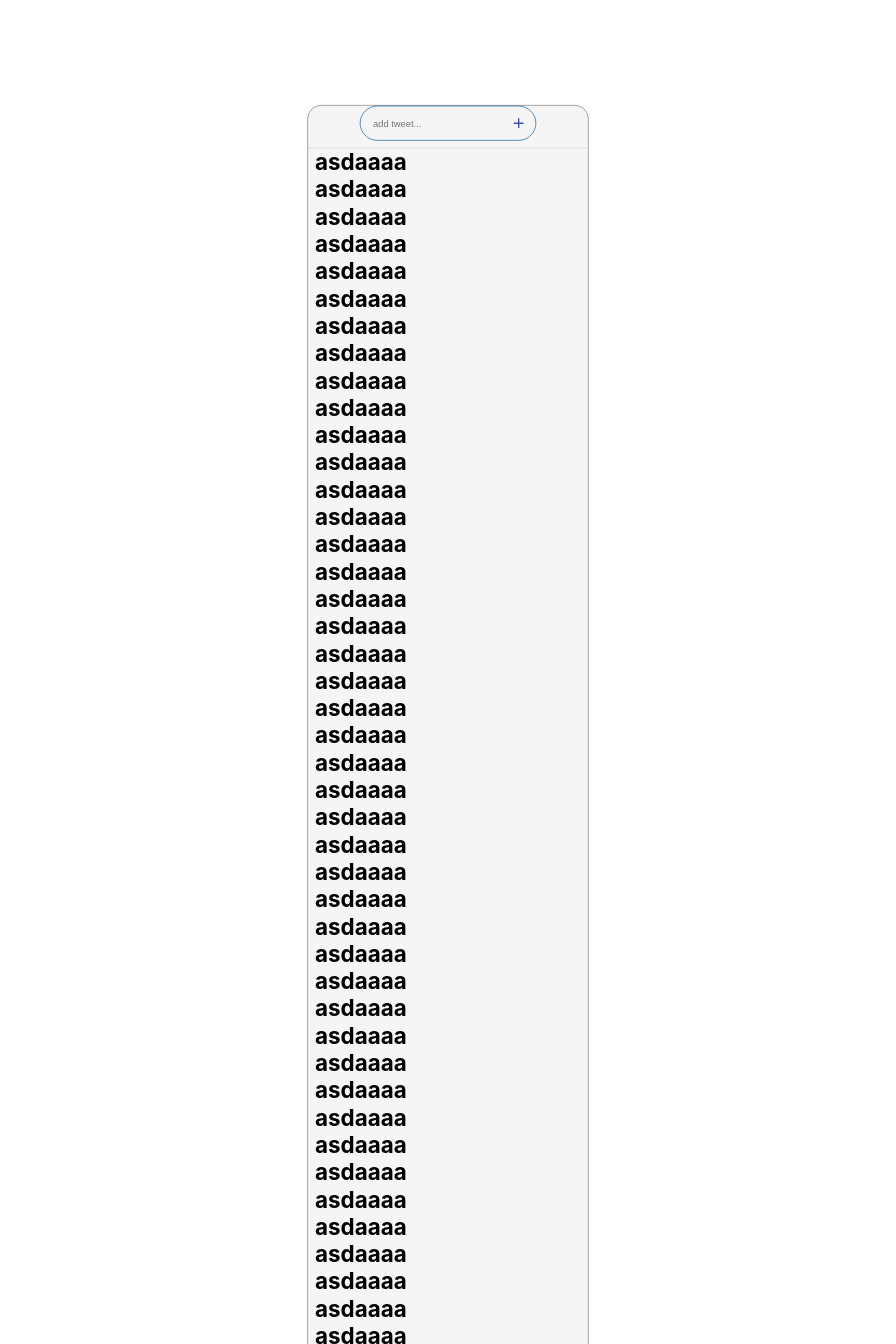
Repository: ehabmelhem/FullStack_Tweetapp
Page: /tweet (app in tweet-app-demo/)
An editor plug-in stored every save of this project. The page is shown before and after the next save, followed by the edit.
The browser window is 1280 px wide. The pictures show the part of the page from y = 0 to 1920 px (the page is 31213 px tall before and 720 px after), at 70% of full size.
The project was rebuilt for these pictures with package versions that can differ from the ones it lists, and the page was loaded fresh each time. A package was used in the major version that the imports need, not the one package.json lists. Also part of the build but not shown: tweet-app-demo/src/Componets/Gotweet.js, tweet-app-demo/src/Componets/Login.css, tweet-app-demo/src/Componets/Login.js, tweet-app-demo/src/Componets/SignUp.css, tweet-app-demo/src/Componets/SignUp.js.

Above is the page before, as saved 2021-01-28 20:06:20.

### tweet-app-demo/src/App.js
import "./App.css";
import { useEffect, useState } from "react";
import { BrowserRouter as Router, Switch, Route, Link } from "react-router-dom";
import Login from "./Componets/Login";
import SignUp from "./Componets/SignUp";
import Tweet from "./Componets/Tweet";

function App() {
  return (
    <Router>
      <div className="app">
        <Switch>
          <Route path="/tweet">
            <Tweet />
          </Route>
          <Route path="/login">
            <Login />
          </Route>
          <Route path="/signup">
            <SignUp />
          </Route>
          <Route path="/">
            <Link to="/login">
              <button>Login</button>
            </Link>
            <Link to="/signup">
              <button>SignUp</button>
            </Link>
          </Route>
        </Switch>
      </div>
    </Router>
  );
}

export default App;

### tweet-app-demo/src/App.css
.app {
  position: relative;
  top: 150px;
  width: fit-content;
  margin: 0 auto;
}

### tweet-app-demo/src/Componets/Tweet.js
import React from "react";
import "./Tweet.css";
import IconButton from "@material-ui/core/IconButton";
import AddIcon from "@material-ui/icons/Add";
function Tweet() {
  return (
    <div className="tweet">
      <form className="tweet__form">
        <input placeholder="add tweet..." type="text" name="" id="" />
        <IconButton color="primary">
          <AddIcon />
        </IconButton>
      </form>
      <div className="container">
        <h1>asdaaaa</h1>
        <h1>asdaaaa</h1>
        <h1>asdaaaa</h1>
        <h1>asdaaaa</h1>
        <h1>asdaaaa</h1>
        <h1>asdaaaa</h1>
        <h1>asdaaaa</h1>
        <h1>asdaaaa</h1>
        <h1>asdaaaa</h1>
        <h1>asdaaaa</h1>
        <h1>asdaaaa</h1>
        <h1>asdaaaa</h1>
        <h1>asdaaaa</h1>
        <h1>asdaaaa</h1>
        <h1>asdaaaa</h1>
        <h1>asdaaaa</h1>
        <h1>asdaaaa</h1>
        <h1>asdaaaa</h1>
        <h1>asdaaaa</h1>
        <h1>asdaaaa</h1>
        <h1>asdaaaa</h1>
        <h1>asdaaaa</h1>
        <h1>asdaaaa</h1>
        <h1>asdaaaa</h1>
        <h1>asdaaaa</h1>
        <h1>asdaaaa</h1>
        <h1>asdaaaa</h1>
        <h1>asdaaaa</h1>
        <h1>asdaaaa</h1>
        <h1>asdaaaa</h1>
        <h1>asdaaaa</h1>
        <h1>asdaaaa</h1>
        <h1>asdaaaa</h1>
        <h1>asdaaaa</h1>
        <h1>asdaaaa</h1>
        <h1>asdaaaa</h1>
        <h1>asdaaaa</h1>
        <h1>asdaaaa</h1>
        <h1>asdaaaa</h1>
        <h1>asdaaaa</h1>
        <h1>asdaaaa</h1>
        <h1>asdaaaa</h1>
        <h1>asdaaaa</h1>
        <h1>asdaaaa</h1>
        <h1>asdaaaa</h1>
      </div>
    </div>
  );
}

export default Tweet;

### tweet-app-demo/src/Componets/Tweet.css
.tweet__form {
  margin: 0 auto;
  width: fit-content;
  display: flex;
  align-items: center;
  border: 1px solid rgb(23, 99, 161);
  border-radius: 999px;
}
.tweet__form > input {
  margin-left: 11px;
  padding: 7px;
  outline: none;
  border: none;
  background-color: whitesmoke;
}
.tweet {
  background-color: whitesmoke;
  width: 400px;
  border-radius: 20px;
  border: 1px solid gray;
  z-index: 999;
}
/* Hide scrollbar for Chrome, Safari and Opera */

.container::-webkit-scrollbar-track {
  box-shadow: inset 0 0 6px rgba(13, 132, 230, 0.76);
  border-radius: 999px;
}
.container::-webkit-scrollbar {
  width: 10px;
}
.container::-webkit-scrollbar-thumb {
  background-color: rgb(37, 156, 235);
  border-radius: 999px;
}
.container::-webkit-scrollbar-thumb:hover {
  background-color: black;
}
.container {
  border-top: 1px solid lightgray;
  margin: 0 auto;
  margin-top: 10px;
  overflow: scroll;
  scroll-behavior: smooth;
  overflow-x: hidden; /* Hide horizontal scrollbar */
  height: 31000px;
  width: fit-content;
  padding-left: 10px;
  padding-right: 260px;
}

Loaded but not shown: tweet-app-demo/public/index.html (common file); tweet-app-demo/src/index.js (common file); tweet-app-demo/src/index.css (common file); tweet-app-demo/src/reportWebVitals.js (common file)

After the next save:
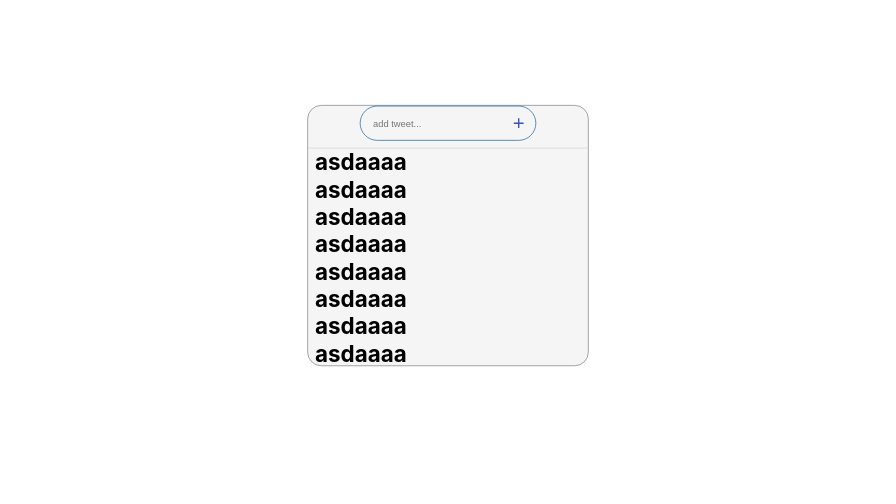
Saved 6 s later.
--- a/tweet-app-demo/src/Componets/Tweet.css
+++ b/tweet-app-demo/src/Componets/Tweet.css
@@ -43,7 +43,7 @@
   overflow: scroll;
   scroll-behavior: smooth;
   overflow-x: hidden; /* Hide horizontal scrollbar */
-  height: 31000px;
+  height: 310px;
   width: fit-content;
   padding-left: 10px;
   padding-right: 260px;
